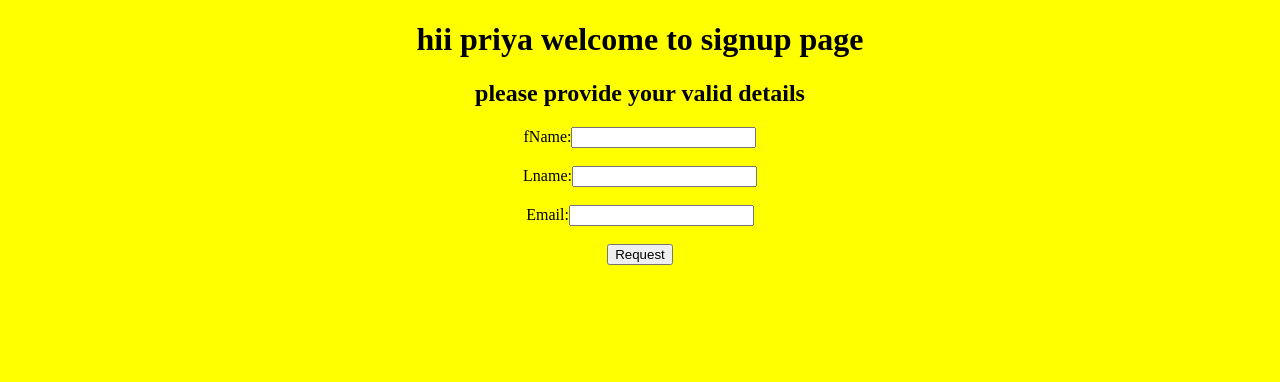
Repository: priyaadya/spring-practice-codes
Page: http://localhost/servletpractice/
An editor plug-in stored every save of this project. The page is shown before and after the next save, followed by the edit.
The browser window is 1280 px wide. The pictures show the whole page.
The page is served by Tomcat 9.

Above is the page before, as saved 2023-05-28 16:27:44.

After the next save:
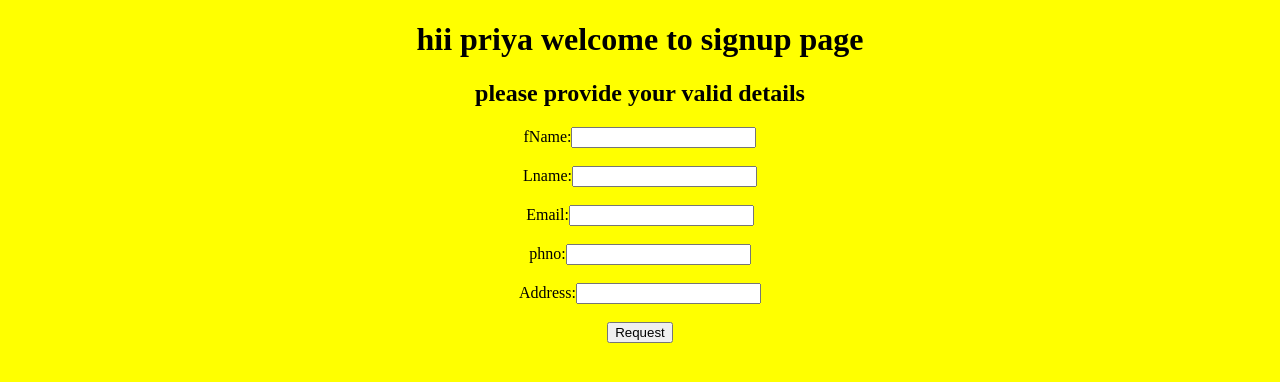
Saved 106 s later.
--- a/servletpractice/src/main/webapp/index.jsp
+++ b/servletpractice/src/main/webapp/index.jsp
@@ -13,6 +13,8 @@
 fName:<input type="text" name="fnm"><br><br>
 Lname:<input type="text" name="lnm"><br><br>
 Email:<input type="text" name="em"></br><br>
+phno:<input type="text" name="phno"><br><br>
+Address:<input type="text" name="addr"><br><br>
 <input type="submit" value="Request">
 </form>
 
